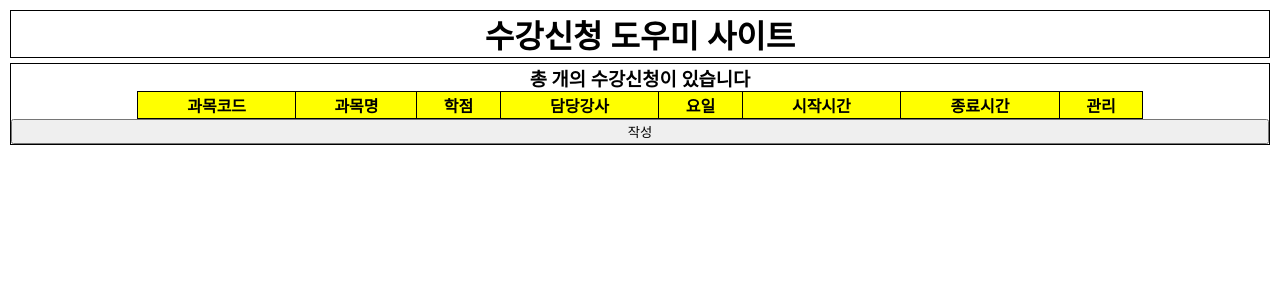
Repository: Tor1a/SpringSet
Page: http://localhost/practice02/WEB-INF/views/home.jsp
An editor plug-in stored every save of this project. The page is shown before and after the next save, followed by the edit.
The browser window is 1280 px wide. The pictures show the whole page.
The page is served by Tomcat 9. Nobody is signed in. The template is opened directly, without the code that normally fills it, so the values that code supplies are empty.

Above is the page before, as saved 2022-04-14 09:00:48.

After the next save:
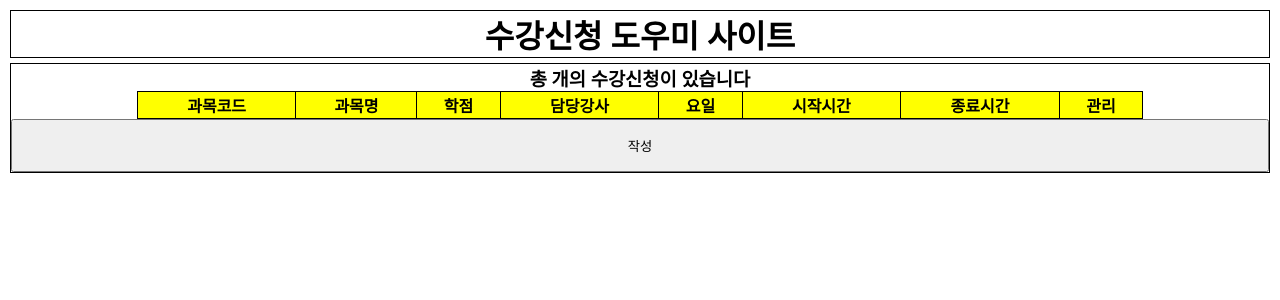
Saved 41 s later.
--- a/practice02/src/main/webapp/WEB-INF/views/home.jsp
+++ b/practice02/src/main/webapp/WEB-INF/views/home.jsp
@@ -57,7 +57,7 @@
 				</tr>
 			</c:forEach>
 		</table>
-		<button #="add" onclick="add()">작성</button>
+		<button id="add" onclick="add()">작성</button>
 		</div>
 	</div>
 
